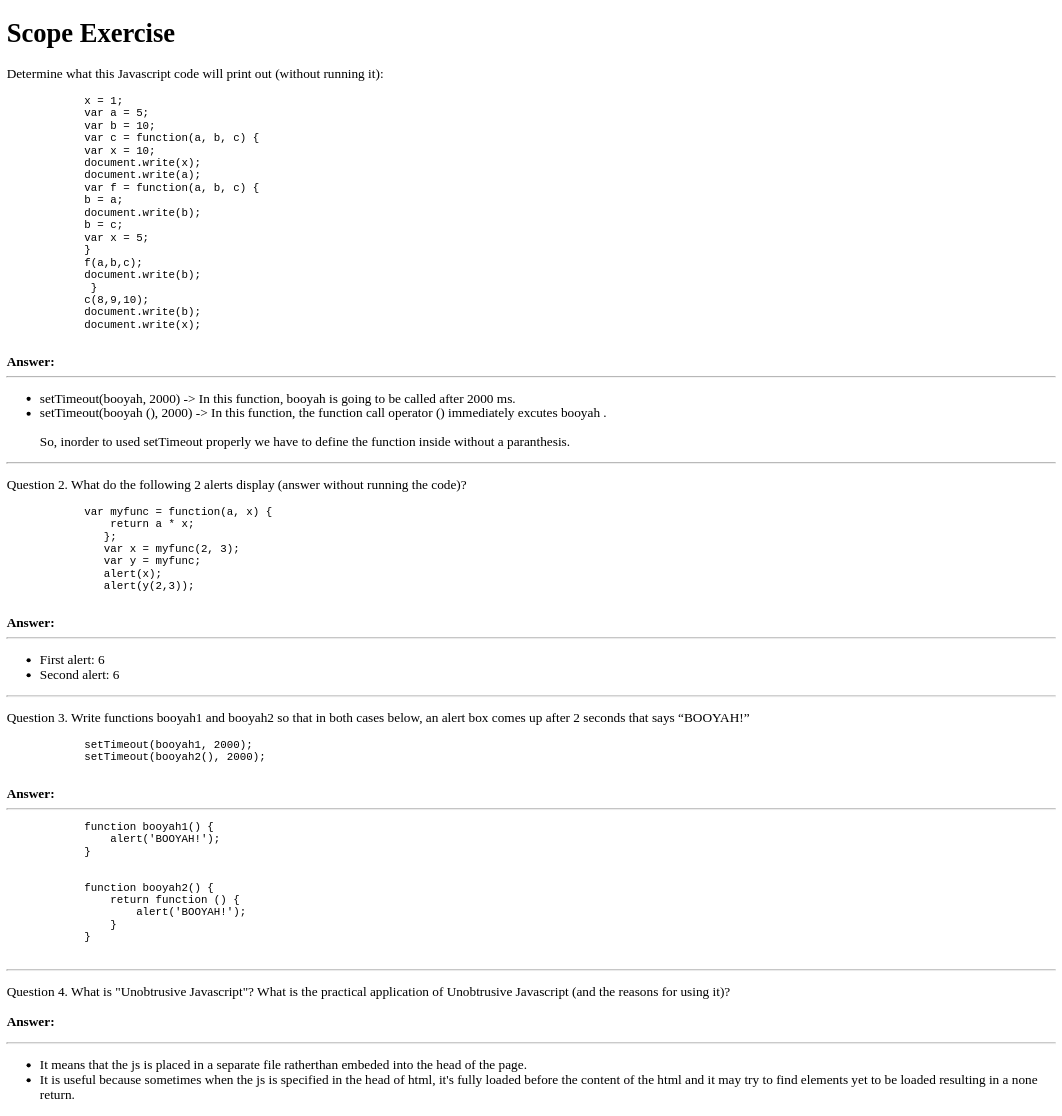
Repository: bethelbahiru/WAP
Page: Homework3/scope.html
An editor plug-in stored every save of this project. The page is shown before and after the next save, followed by the edit.
The browser window is 1280 px wide. The pictures show the whole page, at 83% of full size.

Above is the page before, as saved 2022-01-18 15:21:47.

After the next save:
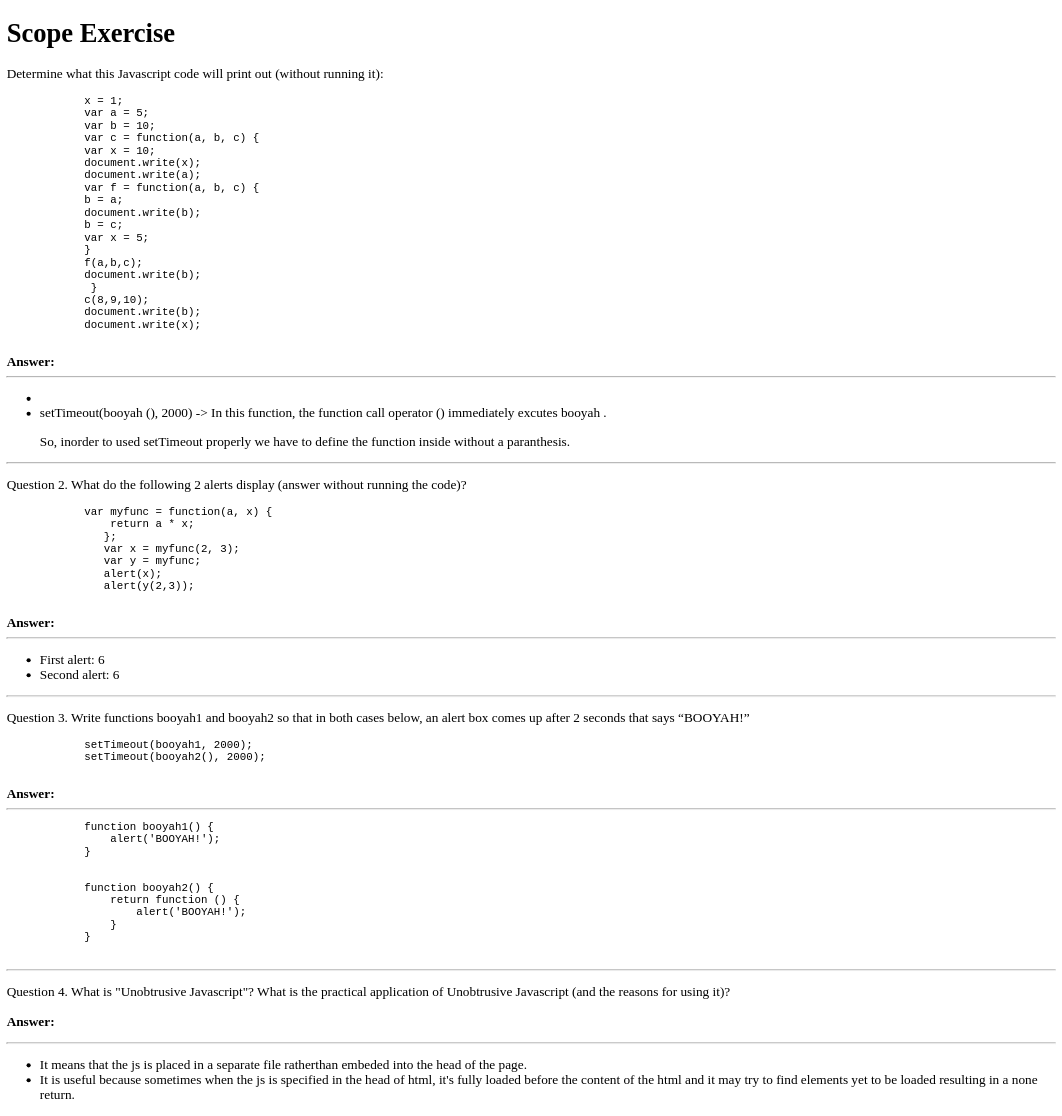
Saved 69 s later.
--- a/Homework3/scope.html
+++ b/Homework3/scope.html
@@ -34,7 +34,7 @@
         <strong>Answer:</strong>
         <hr>
         <ul>
-            <li>setTimeout(booyah, 2000) -> In this function, booyah is going to be called after 2000 ms.</li>
+            <li></li>
             <li>setTimeout(booyah (), 2000) -> In this function, the function call operator () immediately excutes booyah .</li>
             <p>So, inorder to used setTimeout properly we have to define the function inside without a paranthesis.</p>
         </ul>
